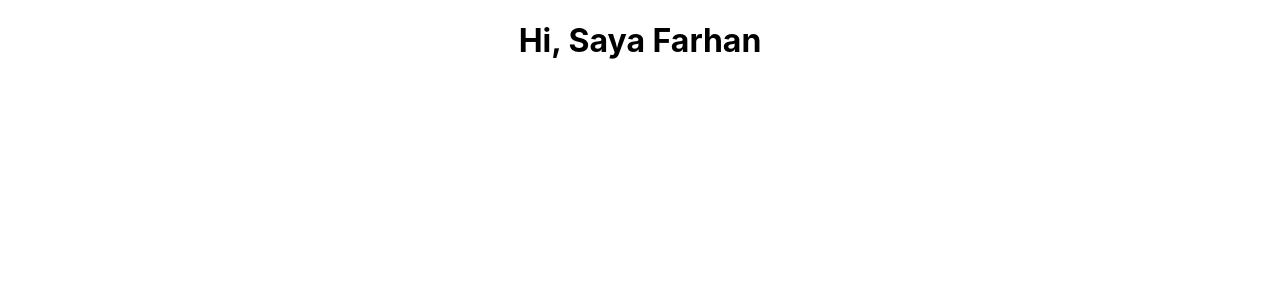
Repository: mfarhannr/Tugas-Reactjs_Farhan
Page: /
These files come from the project's save history. The page is drawn as it stood at one moment and after a run of saves; the edit follows.
The browser window is 1280 px wide. The pictures show the whole page.
The project was rebuilt for these pictures with package versions that can differ from the ones it lists, and the page was loaded fresh each time.

Above is the page before, as saved 2024-05-03 14:53:02.

After the next 2 saves:
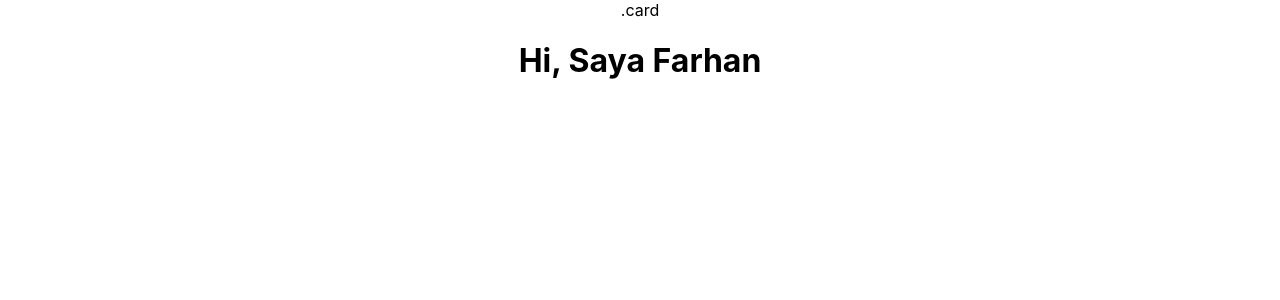
The 2 saves are shown as one change because they came seconds apart.
The last was saved 28 s later.
--- a/src/App.js
+++ b/src/App.js
@@ -3,6 +3,8 @@
 function App() {
   return (
     <div className="App">
+      .card
+
       <h1>Hi, Saya Farhan</h1>
 
     </div>

After the 3 saves that followed:
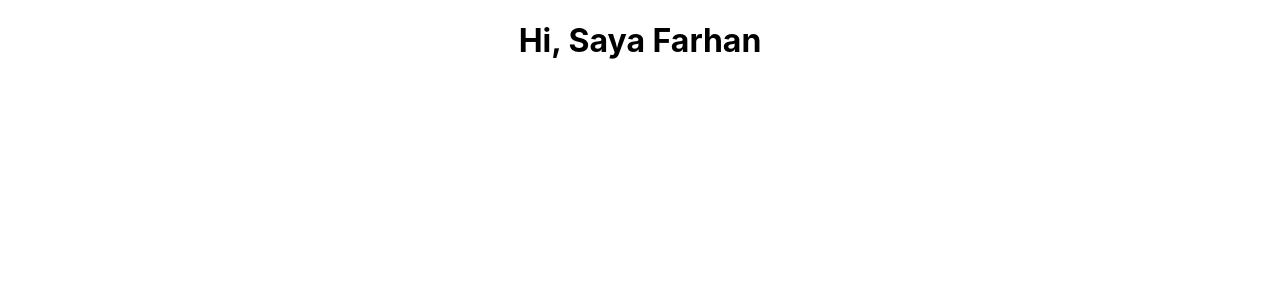
The 3 saves are shown as one change because 1 did not build or start and some came seconds apart.
The last was saved 13 s later.
--- a/src/App.js
+++ b/src/App.js
@@ -3,8 +3,6 @@
 function App() {
   return (
     <div className="App">
-      .card
-
       <h1>Hi, Saya Farhan</h1>
 
     </div>
